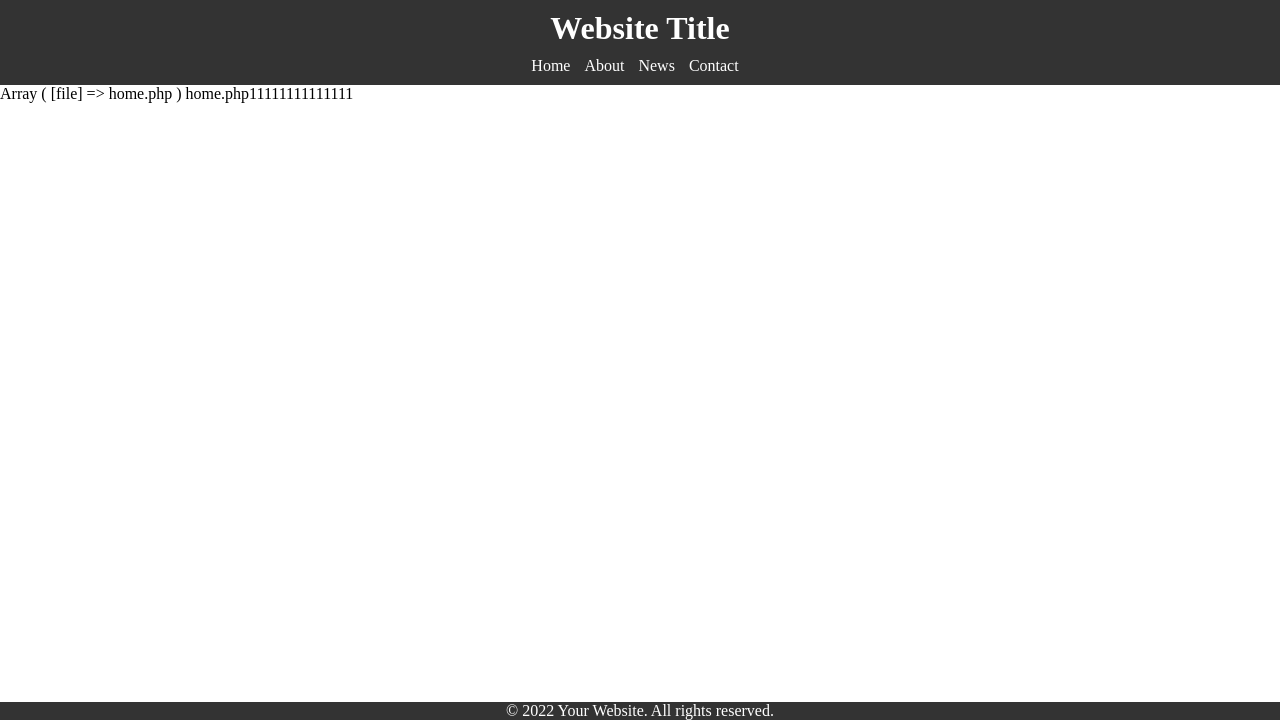
Repository: KHANHD192/Docker_lab
Page: http://localhost/?file=home.php
The author's editor kept a copy of each file at every save. The page is drawn from the files as they stood at one save, then again after a run of saves.
The browser window is 1280 px wide. The pictures show the whole page.
The page is run by PHP 8.4 with error messages shown; the project is at /var/www/html/.

Above is the page before, as saved 2024-04-08 17:01:39.

After the next 2 saves:
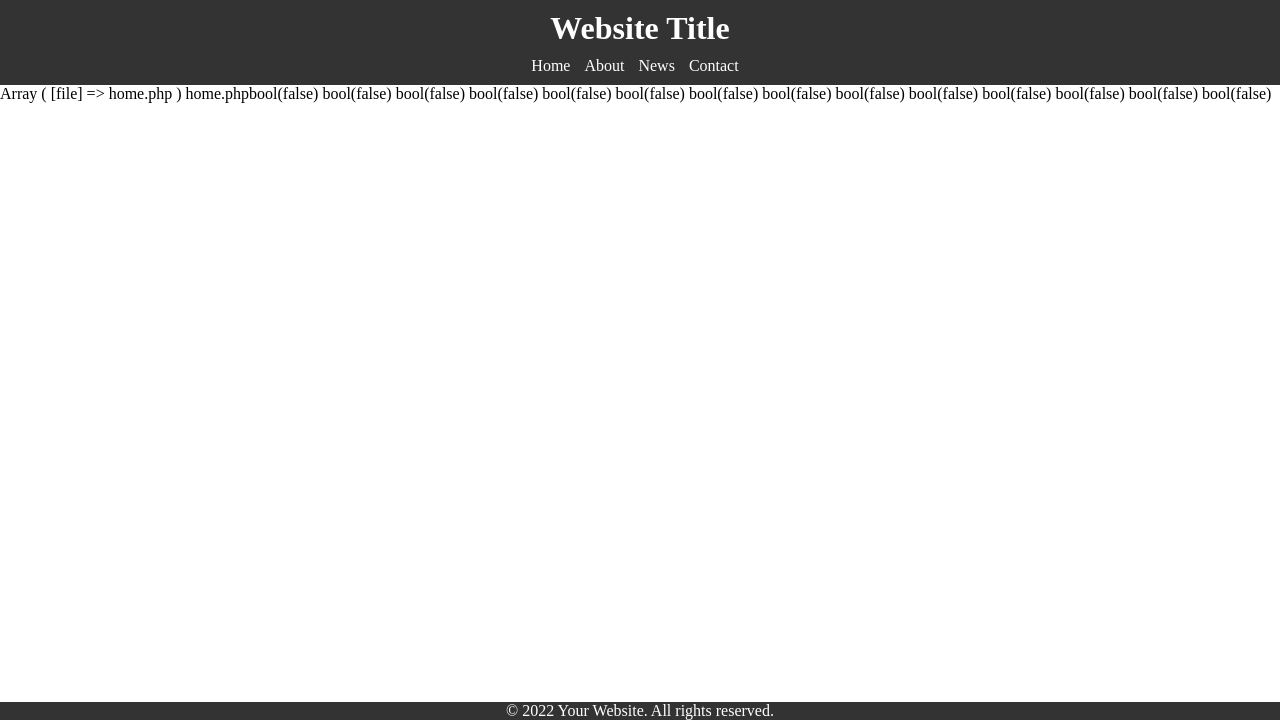
The 2 saves are shown as one change because they came seconds apart.
The last was saved 74 s later.
--- a/src/index.php
+++ b/src/index.php
@@ -90,7 +90,8 @@
         echo $path;
         foreach($black_list as $item){
              if(stripos($path,$item) >= 0 ){
-                 echo "1";
+                var_dump(stripos($path,$item));
+                //  echo "1";
              }
         }
 
